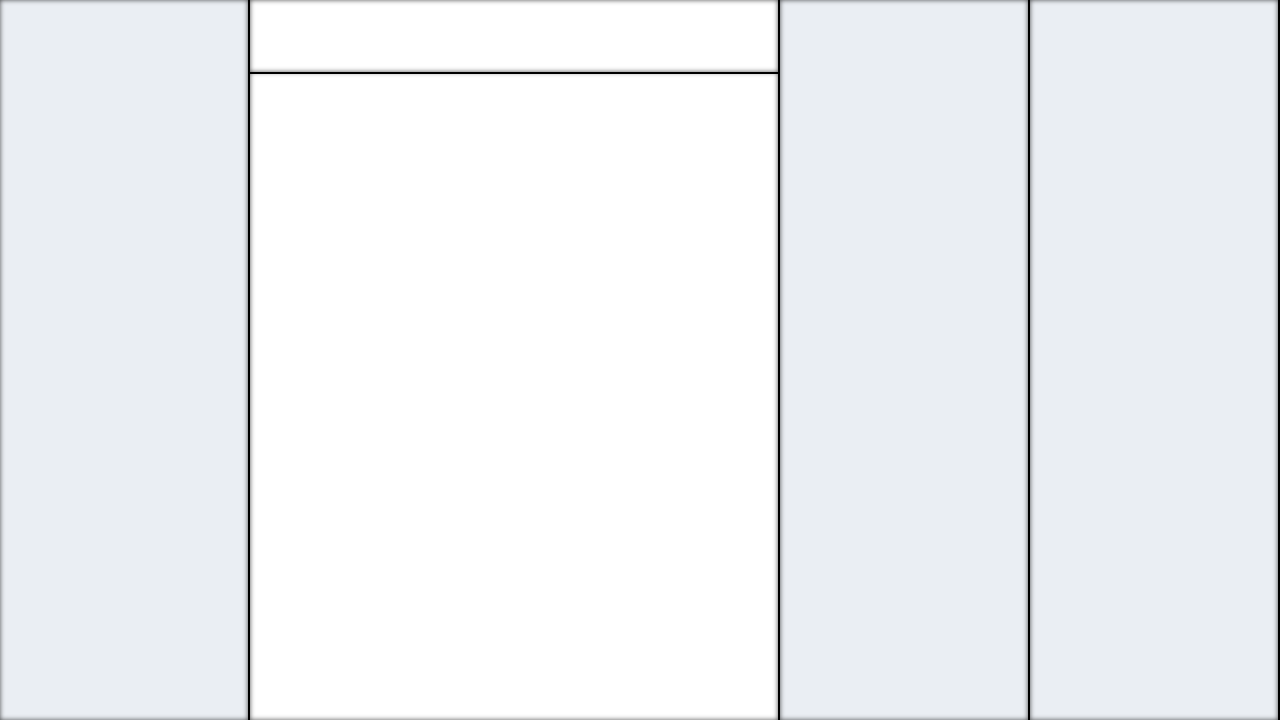
Repository: JJianZ/miao
Page: a.html
The author's editor kept a copy of each file at every save. The page is drawn from the files as they stood at one save, then again after the next save.
The browser window is 1280 px wide. The pictures show the whole page.

Above is the page before, as saved 2021-11-23 10:38:13.

After the next save:
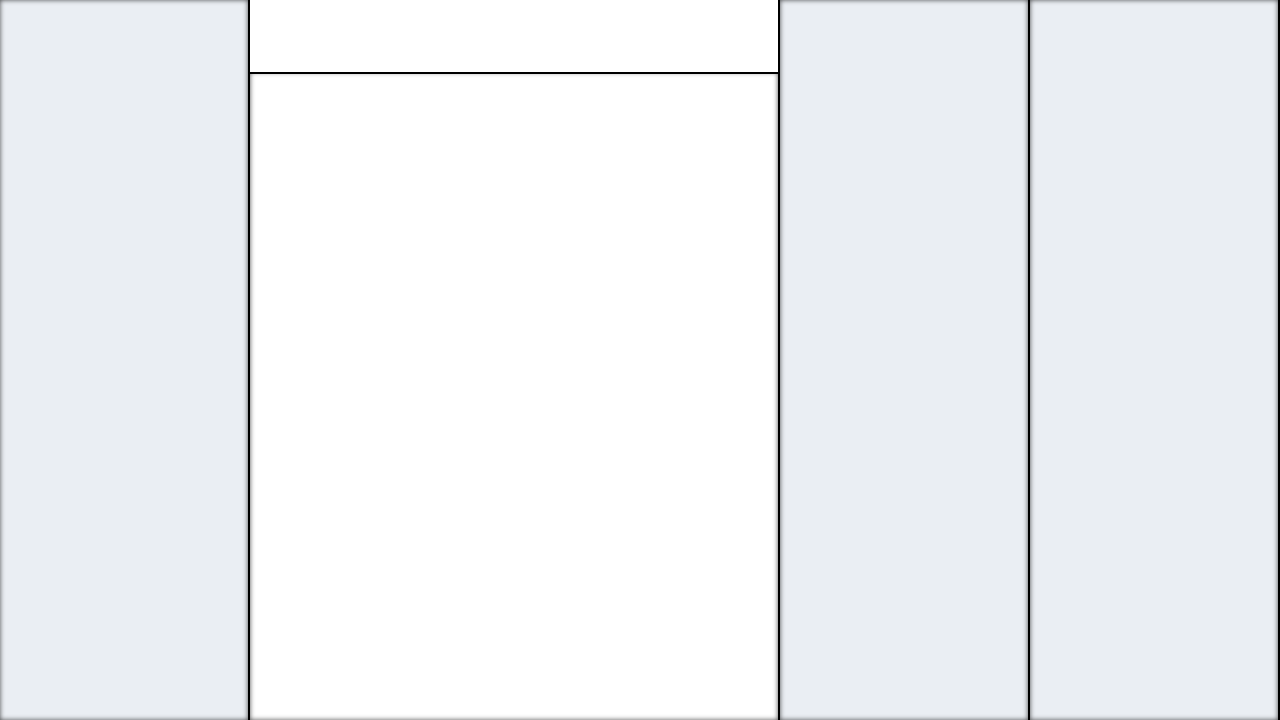
Saved 10 s later.
--- a/a.html
+++ b/a.html
@@ -39,7 +39,7 @@
       line-height: 720px;
       border-bottom: black 2px solid;
       border-right: black 2px solid;
-
+      box-shadow: none;
     }
     main {
       position: absolute;
